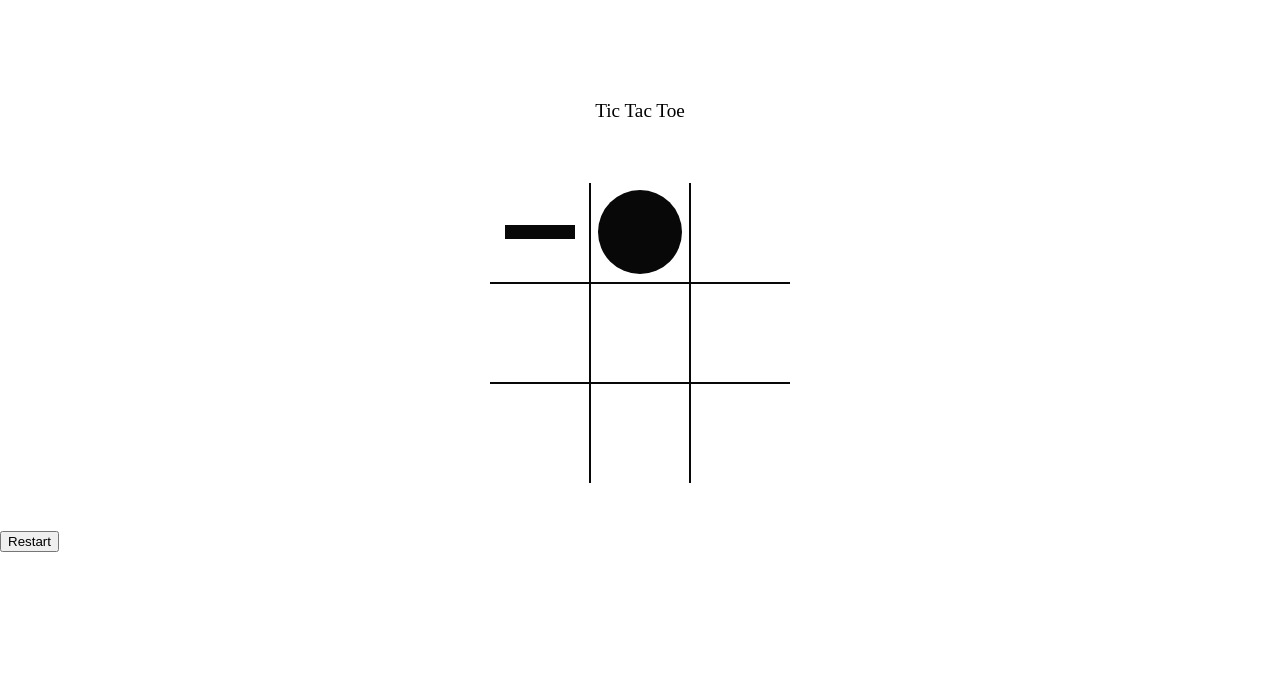
Repository: kkyler24/MCLA
Page: devFiles/TictactoeFiles/ticTacToe.html
These files come from the project's save history. The page is drawn as it stood at one moment and after the next save; the edit follows.
The browser window is 1280 px wide. The pictures show the whole page.

Above is the page before, as saved 2020-04-17 15:32:37.

### devFiles/TictactoeFiles/ticTacToe.html
<!DOCTYPE html>
<html lang="en">

<head>
    <meta charset="UTF-8">
    <meta name="viewport" content="width=device-width, initial-scale=1.0">
    <link rel="stylesheet" type="text/css" href="tictactoe.css">
    <script src="tictactoe.js" defer></script>
    <title>Tic Tac Toe</title>
</head>

<body>
    <sectionOne>
        <!-- NavBar -->
        <!-- <nav class="navbar navbar-light bg-light">
            <!-- Image Logo -->
            <!-- <a class="navbar-brand" href="#">
                <img src="/docs/4.0/assets/brand/bootstrap-solid.svg" width="30" height="30"
                    class="d-inline-block align-top" alt="">
                Bootstrap -->
            <!-- </a> -->
        </nav>
    </sectionOne>
<sectionTwo>
<h1>Tic Tac Toe</h1>
<div class="BoardOne" id="BoardOne">
    <div class="cellBOne dash" data-cell></div>
    <div class="cellBOne circle" data-cell></div>
    <div class="cellBOne" data-cell></div>
    <div class="cellBOne" data-cell></div>
    <div class="cellBOne" data-cell></div>
    <div class="cellBOne" data-cell></div>
    <div class="cellBOne" data-cell></div>
    <div class="cellBOne" data-cell></div>
    <div class="cellBOne" data-cell></div>
</div>
<div class="winning-message-One" id="winningMessageOne">
    <div class="data-winning-message-text-One"></div>
    <button id="restartButtonOne">Restart</button>
</div>



</sectionTwo>











</body>

### devFiles/TictactoeFiles/tictactoe.css
*,*::after, *::before{
    box-sizing: border-box;
}
:root {
    --cell-size:100px;
    --mark-size:calc(var(--cell-size)*.7);
    /* this makes the preview marks 90% of the cell size it edits the width of your dot or dash */
}

h1{
    margin-top: 100px;
    text-align: center;
    font-size: larger;
    font-weight: 100;
}

body{
    margin:0;
}

.BoardOne{
    width: 100vw;
    height: 55vh;
    display: grid;
    justify-content: center;
    align-content: center;
    align-items: center;
    justify-items: center;
    grid-template-columns: repeat(3,auto);
    /* this resizes the grid and makes all the cells automatically evenly sized */
}
.cellBOne{
    width: var(--cell-size);
    height: var(--cell-size);
    border: 1px solid rgb(8, 8, 8);
    display: flex;
    justify-content: center;
    align-items: center;
    position: relative;
    cursor: pointer;
}
.cellBOne:first-child,
.cellBOne:nth-child(2),
.cellBOne:nth-child(3){
    border-top: none;
}

.cellBOne:nth-child(3n+1){
    border-left: none;
}

.cellBOne:nth-child(3n+3){
    border-right: none;
}

.cellBOne:last-child,
.cellBOne:nth-child(8),
.cellBOne:nth-child(7){
    border-bottom: none;
}

.cellBOne.dash::before{
    content: "";
    width: calc(var(--mark-size)*.20);
    /* controls the height of the dashes */
    transform: rotate(90deg);
    height: var(--mark-size);
    background-color: rgb(8, 8, 8);
    /* controls how the dashes look */
    position: relative;
}

.cellBOne.circle::after{
    content: "";
    position: absolute;
    width: calc(var(--mark-size)*1.2);
    /* controls the height of the cricles */
    /* transform: rotate(90deg); */
    height: calc(var(--mark-size)*1.2);
    background-color: rgb(8, 8, 8);
    /* controls how the dashes look */
    border-radius: 50%;

}

.cellBOne.circle,
.cellBOne.dash{
    cursor: not-allowed;
}

### devFiles/TictactoeFiles/tictactoe.js
// var winningCombinations = {
//     // userchoice: computerchoice
//     rock: 'scissors', // you win
//     paper: 'rock',    // you win
//     scissors: 'paper' // you win
// random words should be put in here and converted to morse code. the computer should evaluate if your letter box matches the randomized word to win the round.
// };

After the next save:
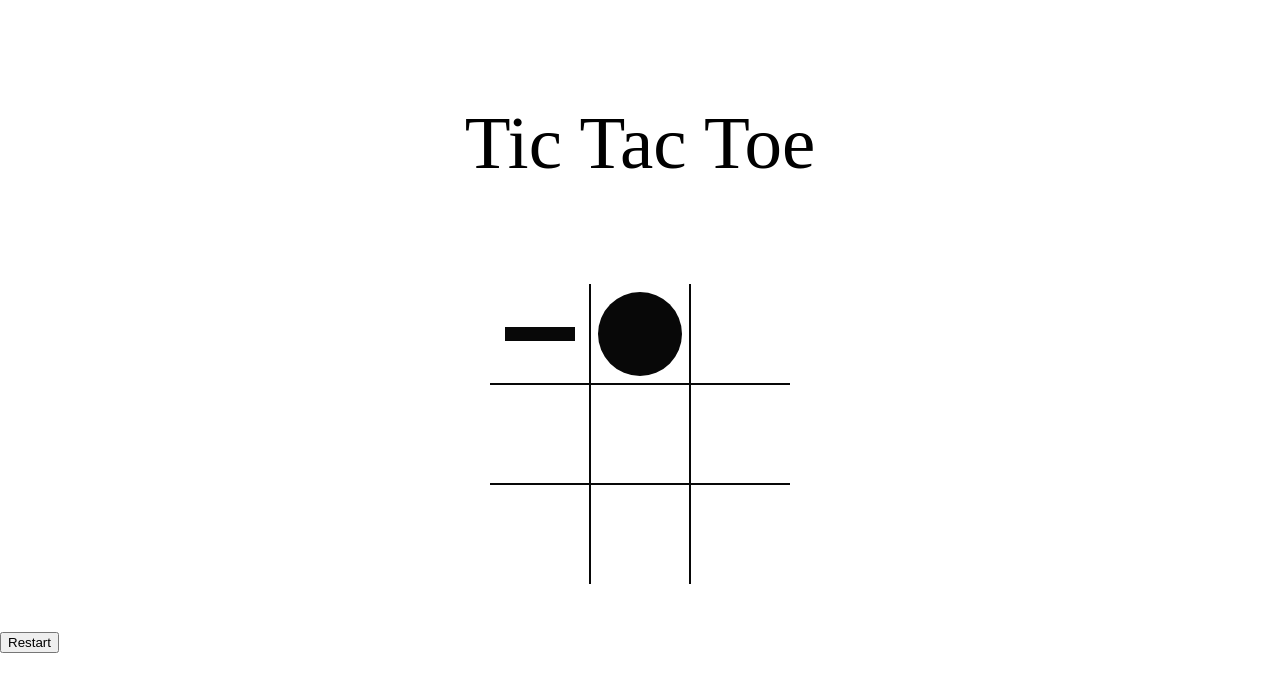
Saved 15 s later.
--- a/devFiles/TictactoeFiles/tictactoe.css
+++ b/devFiles/TictactoeFiles/tictactoe.css
@@ -10,7 +10,7 @@
 h1{
     margin-top: 100px;
     text-align: center;
-    font-size: larger;
+    font-size: 75px;
     font-weight: 100;
 }
 
